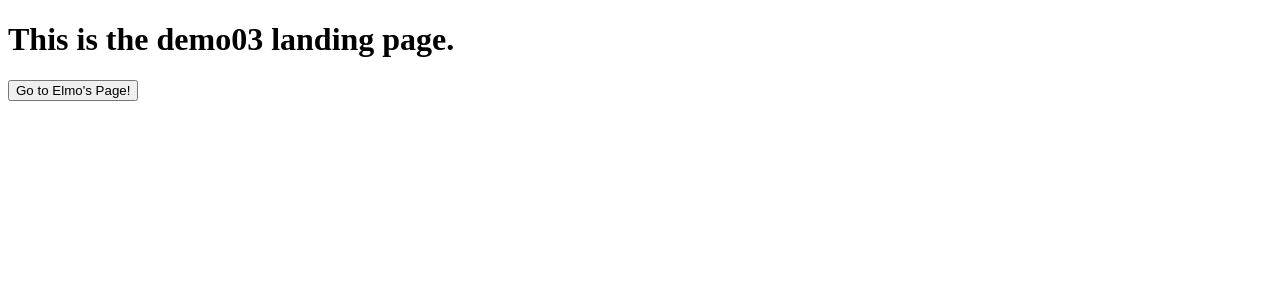
Repository: GlobalYZ/demo03-Muyang
Page: index.html
An editor plug-in stored every save of this project. The page is shown before and after the next save, followed by the edit.
The browser window is 1280 px wide. The pictures show the whole page.

Above is the page before, as saved 2023-01-17 18:26:13.

After the next save:
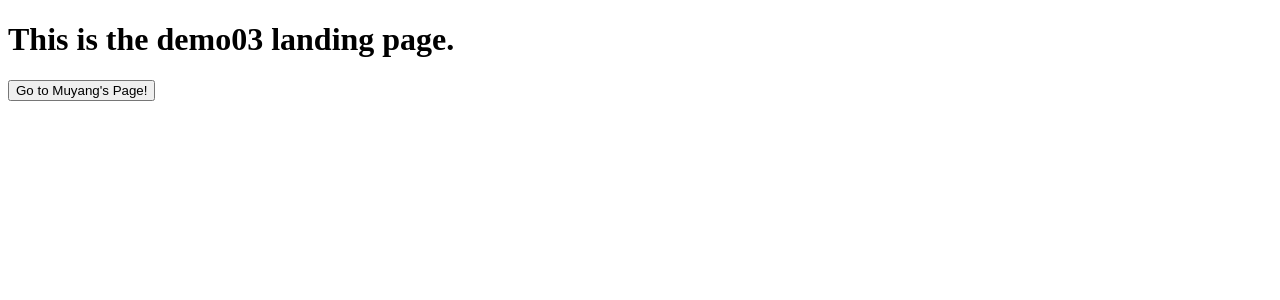
Saved 27 s later.
--- a/index.html
+++ b/index.html
@@ -10,7 +10,7 @@
 
 <body>
     <h1>This is the demo03 landing page.</h1>
-    <button type="button" onclick="window.location.href='elmo.html'"> Go to Elmo's Page!</button>
+    <button type="button" onclick="window.location.href='Muyang.html'"> Go to Muyang's Page!</button>
 </body>
 
 </html>
